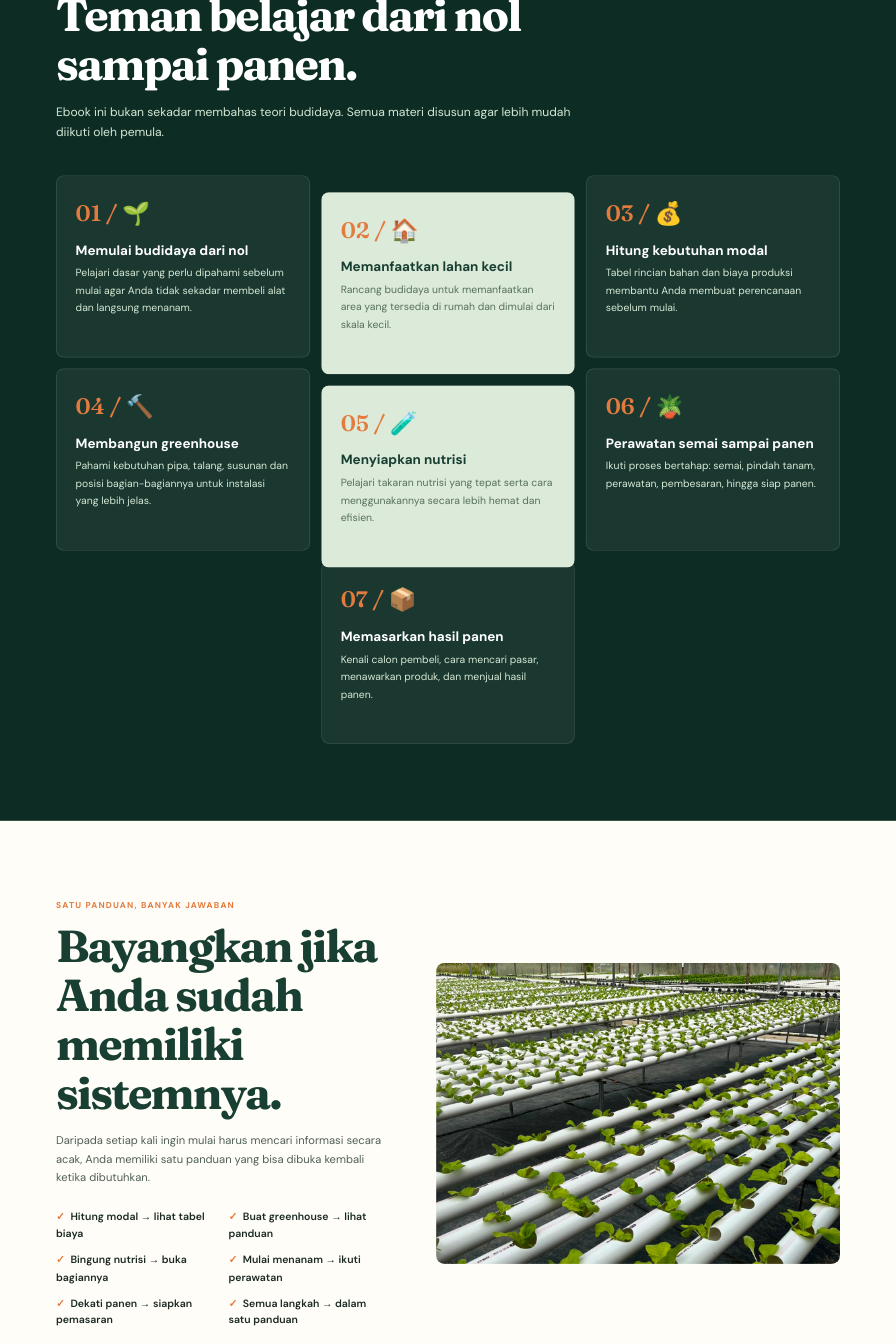
Repository: cchiciaa/Budi-Daya-
Page: index.html
These files come from the project's save history. The page is drawn as it stood at one moment and after the next save; the edit follows.
The browser window is 1280 px wide. The pictures show the part of the page from y = 3062 to 4982 px (the page is 8293 px tall before and 8317 px after), at 70% of full size.

Above is the page before, as saved 2026-09-07 23:41:57.

After the next save:
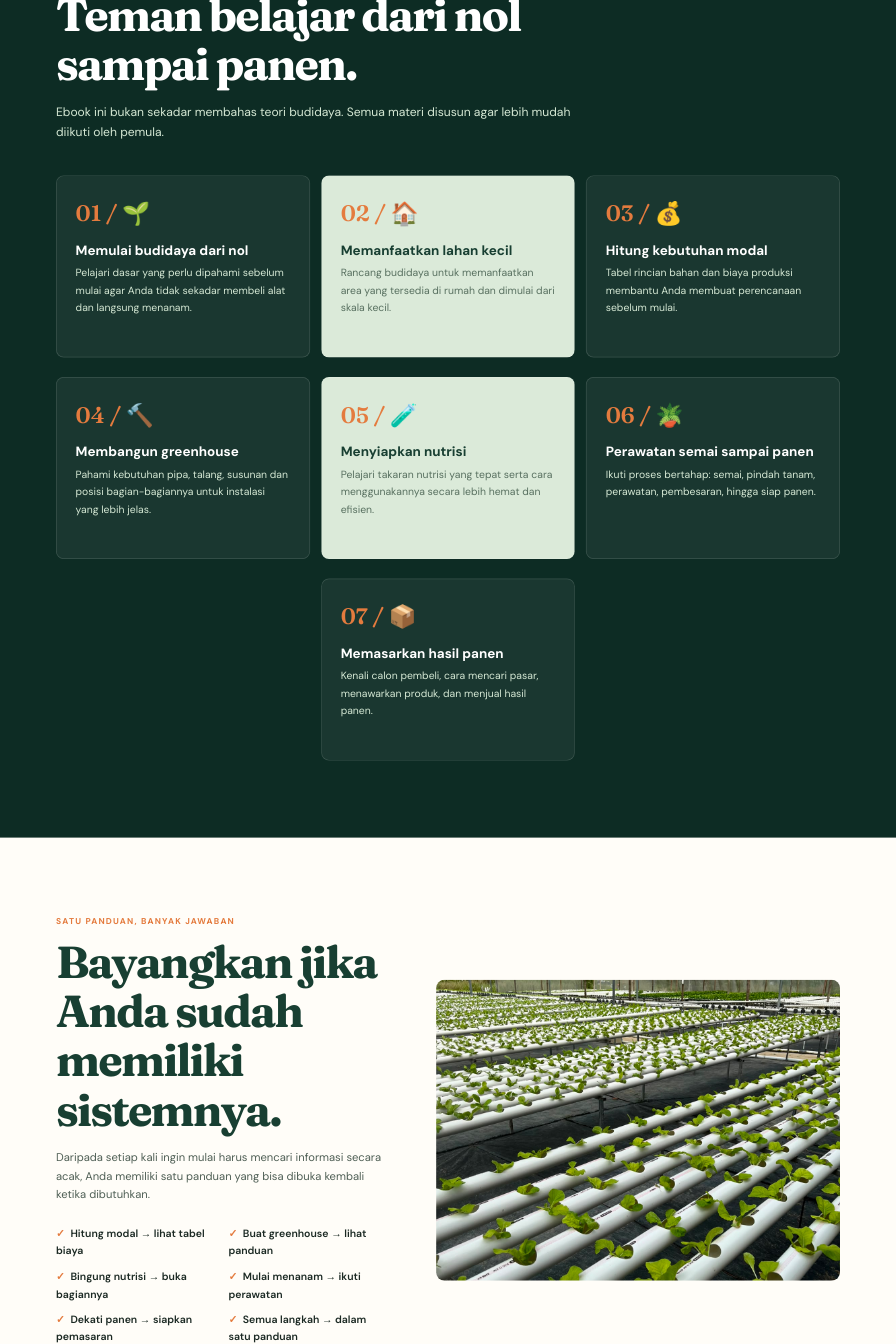
Saved 39 s later.
--- a/index.html
+++ b/index.html
@@ -82,9 +82,9 @@
         .section-heading { max-width: 760px; margin-bottom: 48px; }
         .section-heading h2 { margin: 12px 0 18px; }
         .section-heading p { color: #d5e8d4; font-size: 1.08rem; }
-        .module-grid { display: grid; grid-template-columns: repeat(3, 1fr); gap: 16px; }
+        .module-grid { display: grid; grid-template-columns: repeat(3, 1fr); gap: 28px 16px; }
         .module { min-height: 260px; padding: 27px; border: 1px solid rgba(255,255,255,.15); border-radius: 11px; background: rgba(255,255,255,.055); }
-        .module:nth-child(2), .module:nth-child(5) { transform: translateY(24px); background: #dbead9; color: var(--forest); }
+        .module:nth-child(2), .module:nth-child(5) { background: #dbead9; color: var(--forest); }
         .module:nth-child(2) p, .module:nth-child(5) p { color: #587060; }
         .module:last-child { grid-column: 1 / -1; width: calc((100% - 32px) / 3); justify-self: center; }
         .module-number { color: var(--orange); font-family: var(--serif); font-size: 2rem; }
